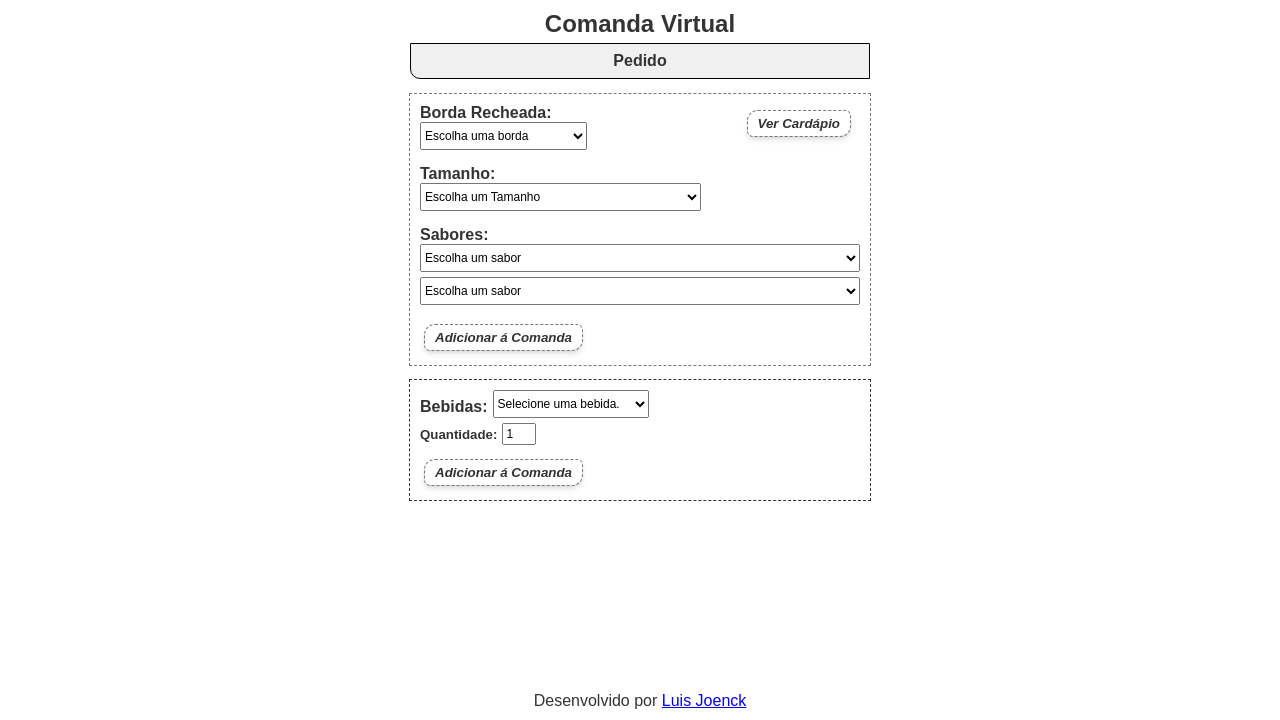
Repository: Joenck91/front-comanda-virtual
Page: index.html
An editor plug-in stored every save of this project. The page is shown before and after the next save, followed by the edit.
The browser window is 1280 px wide. The pictures show the whole page.
After loading, the first visible `form.unit-pizza-box` was submitted once.

Above is the page before, as saved 2025-10-05 14:13:21.
Console error: TypeError: showItems.showItemsPizza is not a function

After the next save:
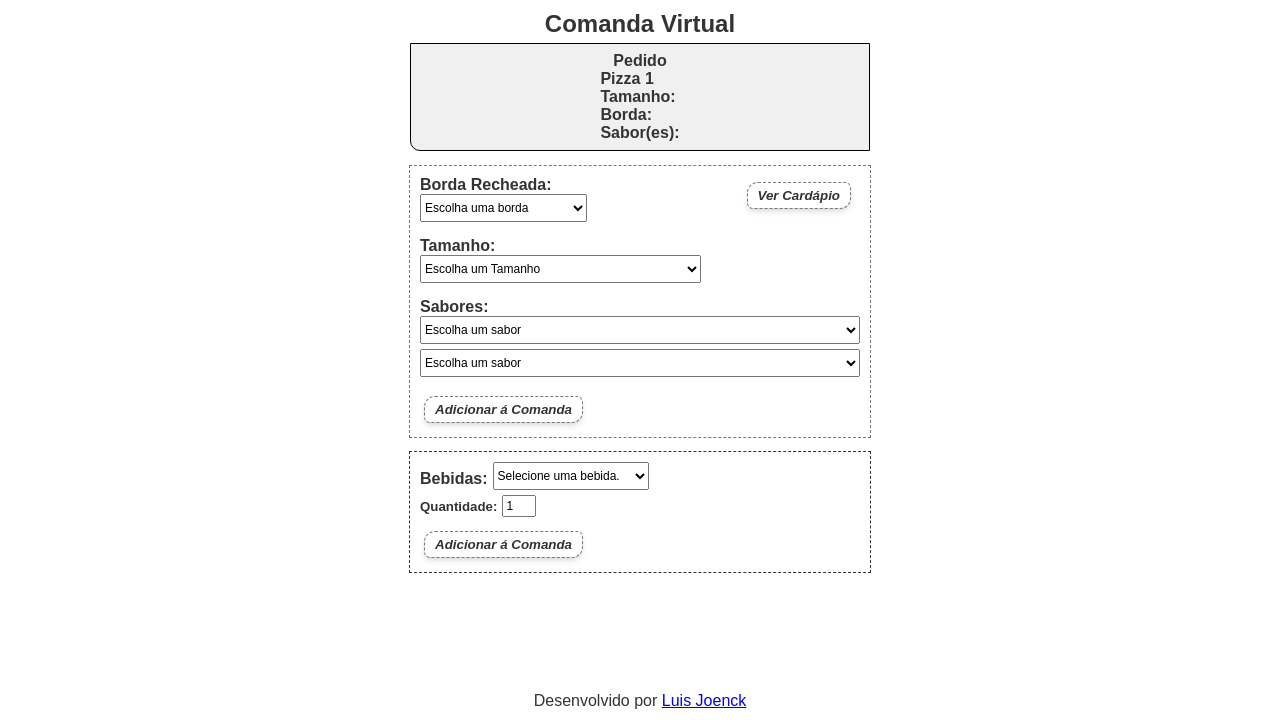
The error is gone.
Saved 2 min 11 s later.
--- a/script/command/orders.js
+++ b/script/command/orders.js
@@ -1,4 +1,4 @@
-import * as showItems from "../interface/command-box/show-items.js";
+import  showItems from "../interface/command-box/show-items.js";
 //Array que guarda todos os pedidos da sessão
 let notedOrder = {
     pizzas: [],
@@ -26,8 +26,9 @@
         // Adiciona ao array de pedidos
         notedOrder.pizzas.push(pizzaOrder);
 
-        // Adiciona ao display dos itens pedidos
-        showItems.showItemsPizza(notedOrder);
+        // Atualiza a exibição dos itens pedidos
+        showItems(notedOrder);
+
 
         console.log(notedOrder);
 
@@ -46,9 +47,9 @@
 
         // Adiciona ao array de pedidos
         notedOrder.drinks.push(drinkOrder);
+        // Atualiza a exibição dos itens pedidos
+        showItems(notedOrder);
 
-        // Adiciona ao display dos itens pedidos
-        showItems.showItemsDrinks(notedOrder);
 
         console.log(notedOrder);
     });
